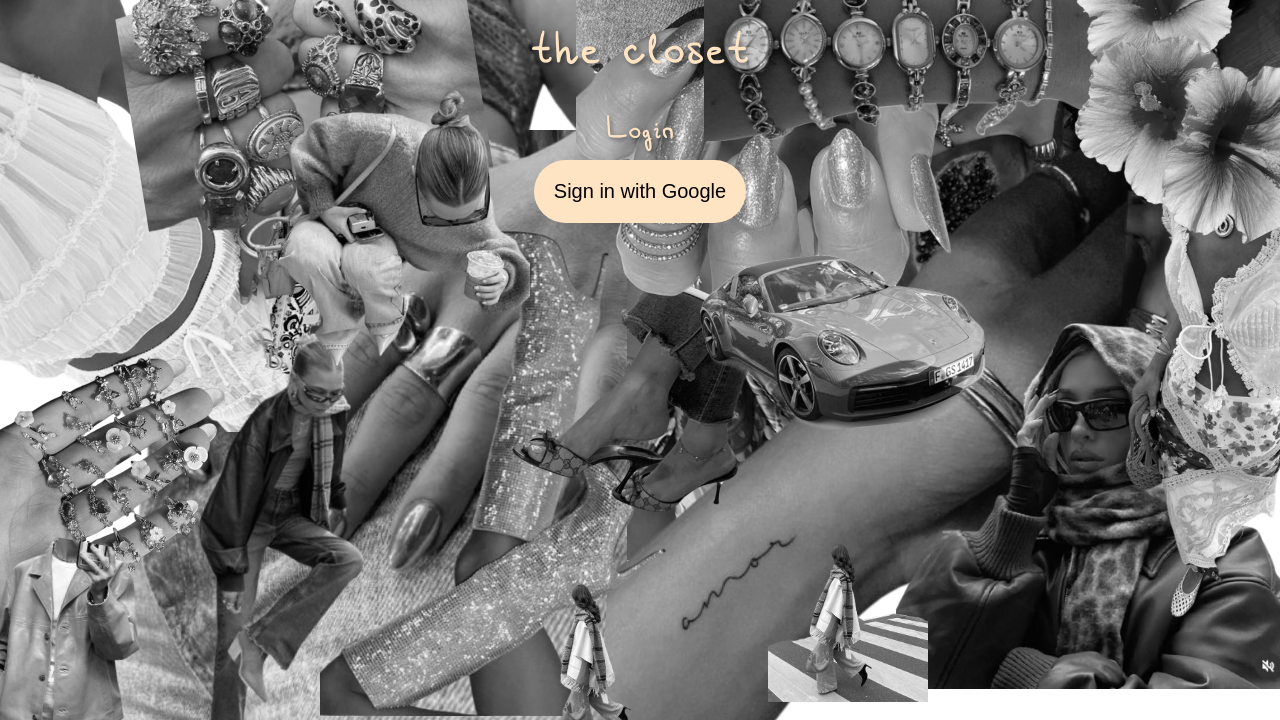
Repository: karla-sikavica/theCloset
Page: / (app in frontend/)
An editor plug-in stored every save of this project. The page is shown before and after the next save, followed by the edit.
The browser window is 1280 px wide. The pictures show the whole page.
The project was rebuilt for these pictures with package versions that can differ from the ones it lists, and the page was loaded fresh each time. Also part of the build but not shown: frontend/vite.config.ts.

Above is the page before, as saved 2025-03-27 10:54:08.

After the next save:
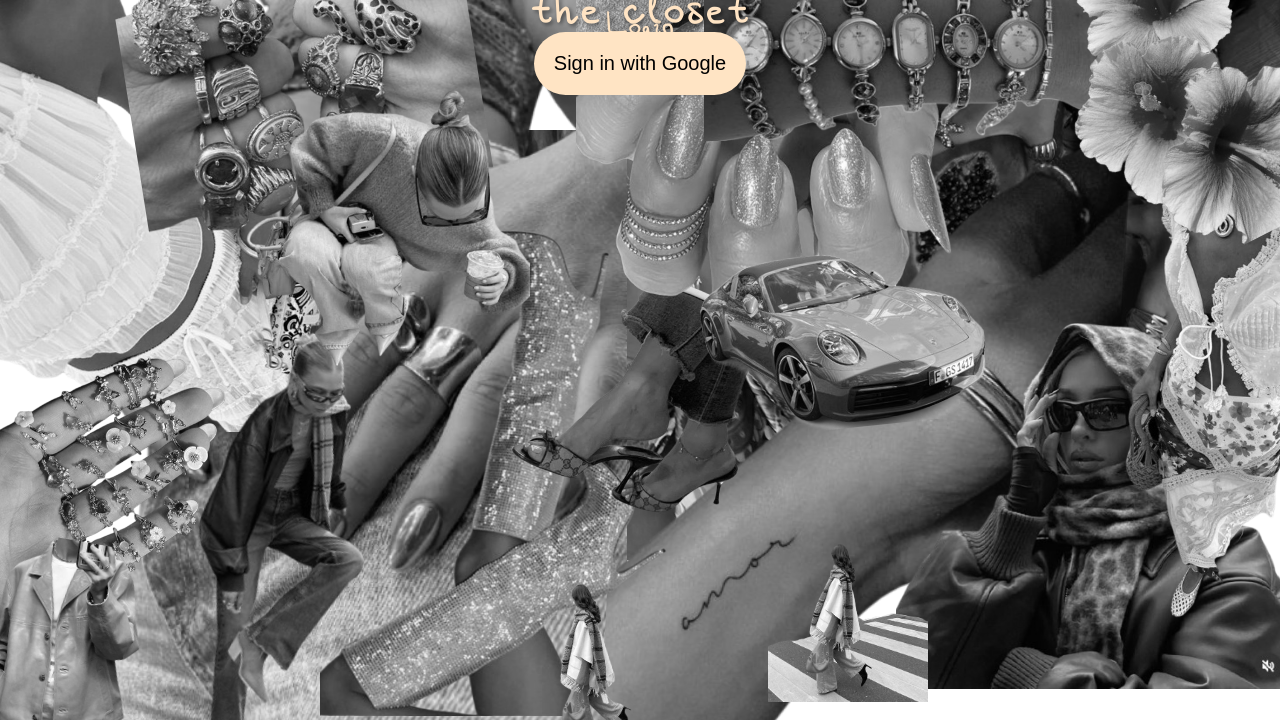
Saved 9 s later.
--- a/frontend/src/index.css
+++ b/frontend/src/index.css
@@ -7,7 +7,7 @@
 
 :root {
   font-family: 'Kalla', system-ui, Avenir, Helvetica, Arial, sans-serif;
-  line-height: 1;
+  line-height: 0.2;
   font-weight: 400;
 
   font-synthesis: none;
